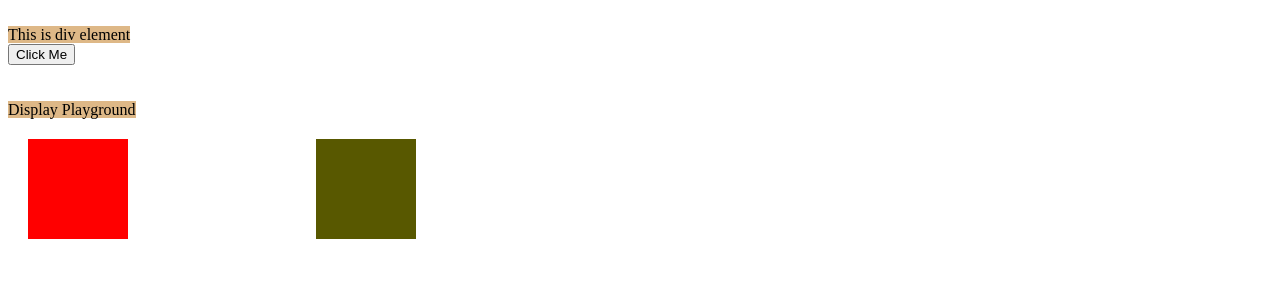
Repository: rakeshkolpepatil/CSS_Apana_College
Page: index.html
The author's editor kept a copy of each file at every save. The page is drawn from the files as they stood at one save, then again after the next save.
The browser window is 1280 px wide. The pictures show the whole page.

Above is the page before, as saved 2023-06-23 00:29:07.

After the next save:
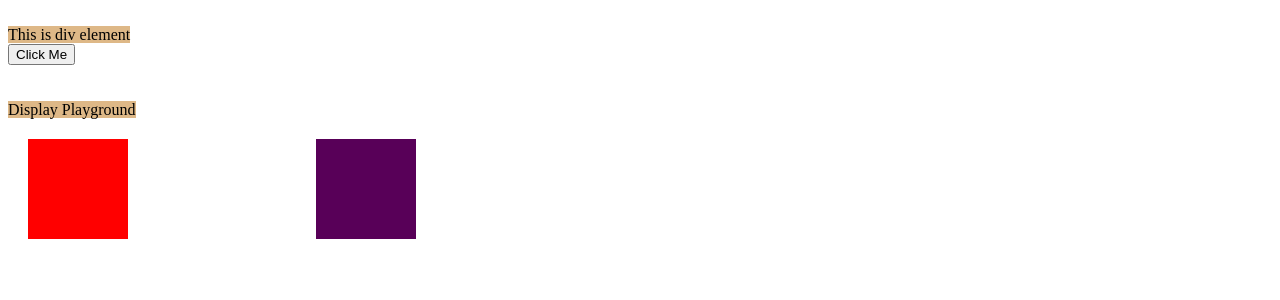
Saved 13 s later.
--- a/styleThree.css
+++ b/styleThree.css
@@ -33,5 +33,5 @@
   display: inline-block;
   width: 100px;
   height: 100px;
-  background-color: rgba(88, 88, 0, 1);
+  background-color: rgba(88, 00, 88, 1);
 }

After the save that followed:
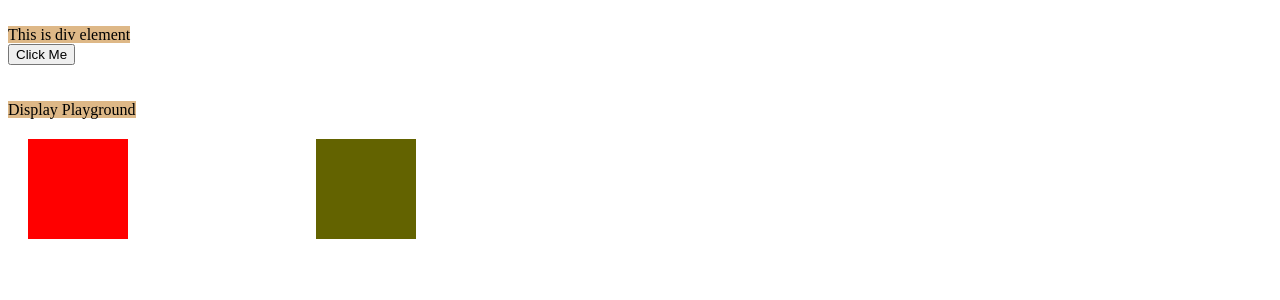
Saved 38 s later.
--- a/styleThree.css
+++ b/styleThree.css
@@ -33,5 +33,5 @@
   display: inline-block;
   width: 100px;
   height: 100px;
-  background-color: rgba(88, 00, 88, 1);
+  background-color: rgba(99, 99, 0, 1);
 }
